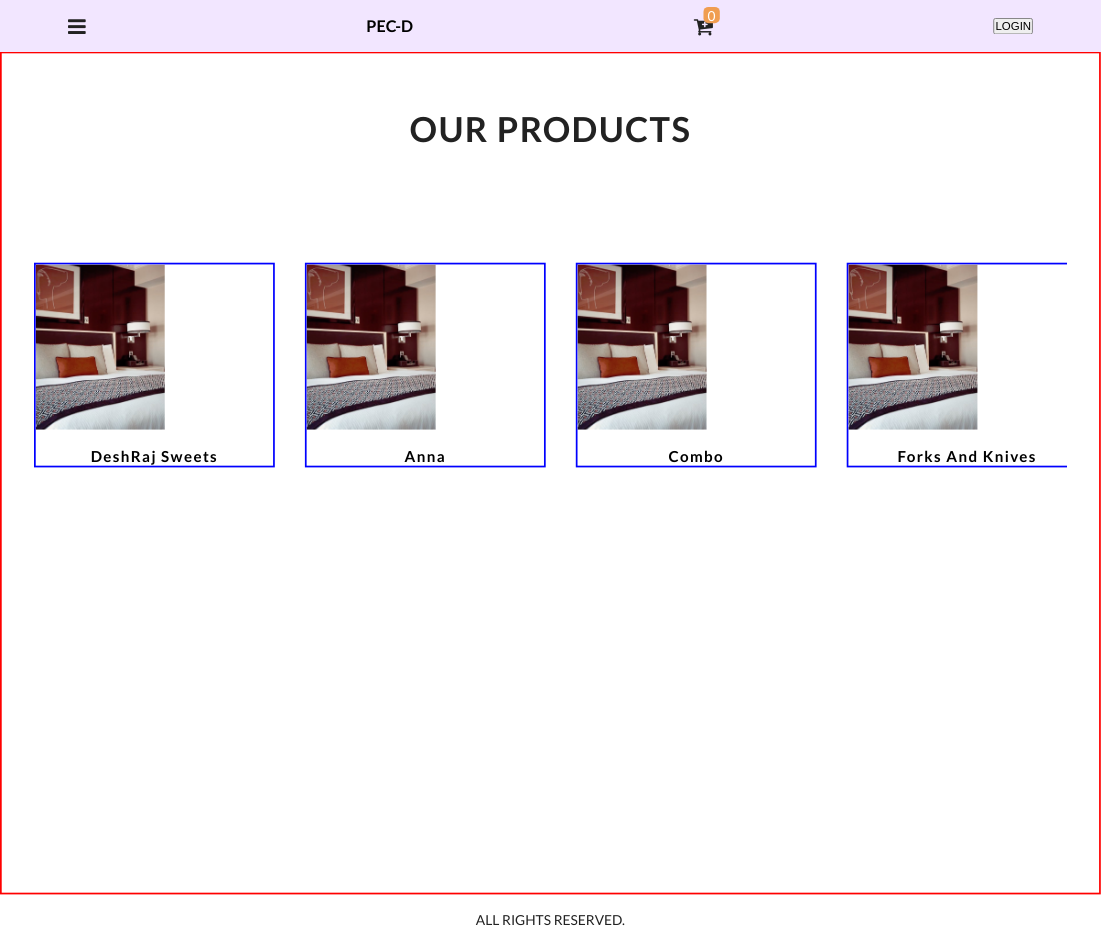
Repository: CHIR4G7/PEC-D
Page: public/index.html
The author's editor kept a copy of each file at every save. The page is drawn from the files as they stood at one save, then again after the next save.
The browser window is 1280 px wide. The pictures show the whole page, at 86% of full size.

Above is the page before, as saved 2023-07-08 01:47:21.

After the next save:
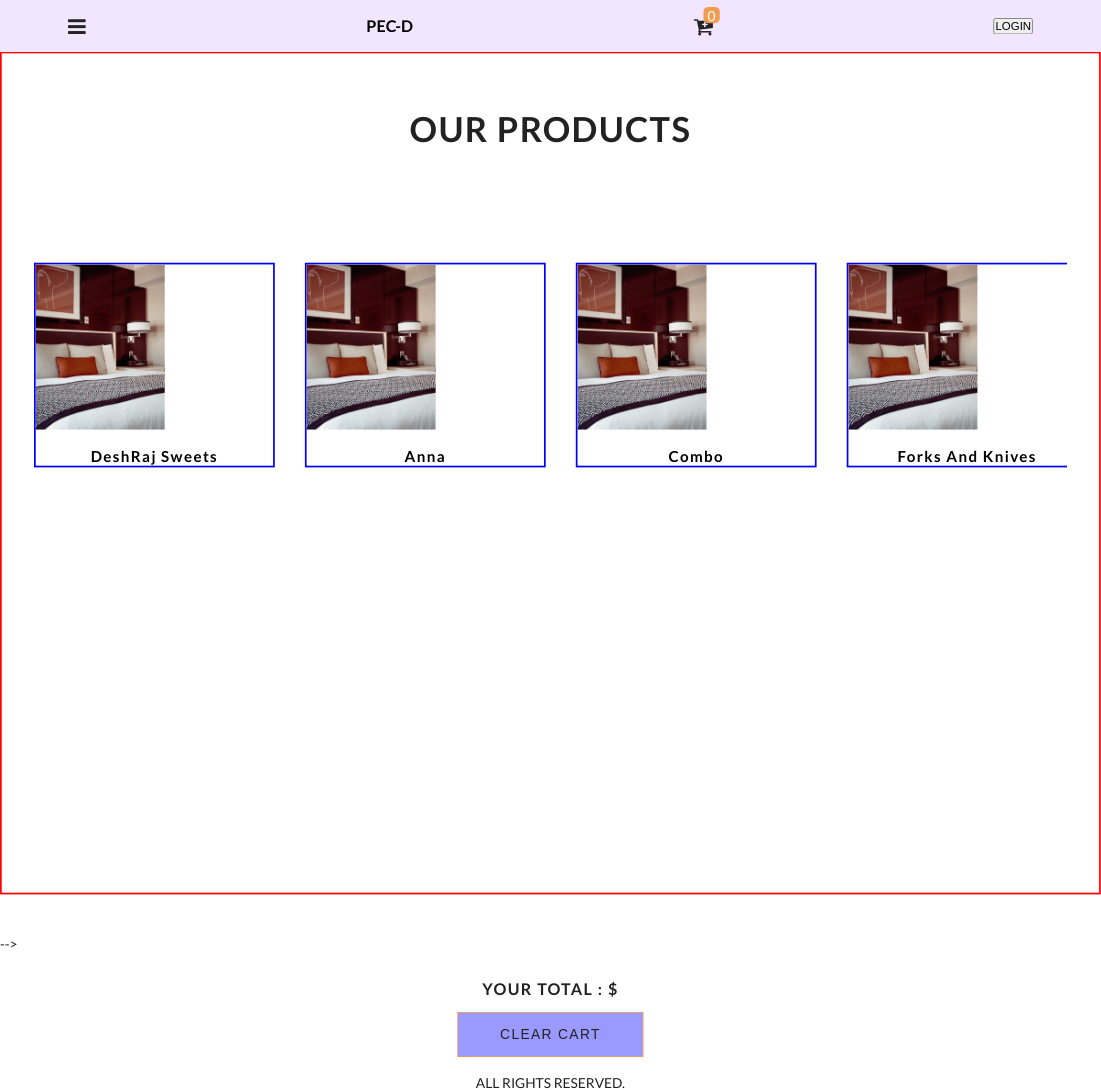
Saved 2 min 0 s later.
--- a/public/index.html
+++ b/public/index.html
@@ -212,7 +212,7 @@
 
 
     <!-- CART BEGINS -->
-    <div class="cart-overlay">
+    <!-- <div class="cart-overlay">
         <div class="cart">
             <span class="close-cart">
                 <i class="fa fa-window-close"></i>
@@ -232,7 +232,7 @@
                         <p class="item-amount">0</p>
                         <i class="fa fa-chevron-down"></i>
                     </div> -->
-                </div>
+                </div> -->
                 <!-- end of cart item -->
 
             </div>
